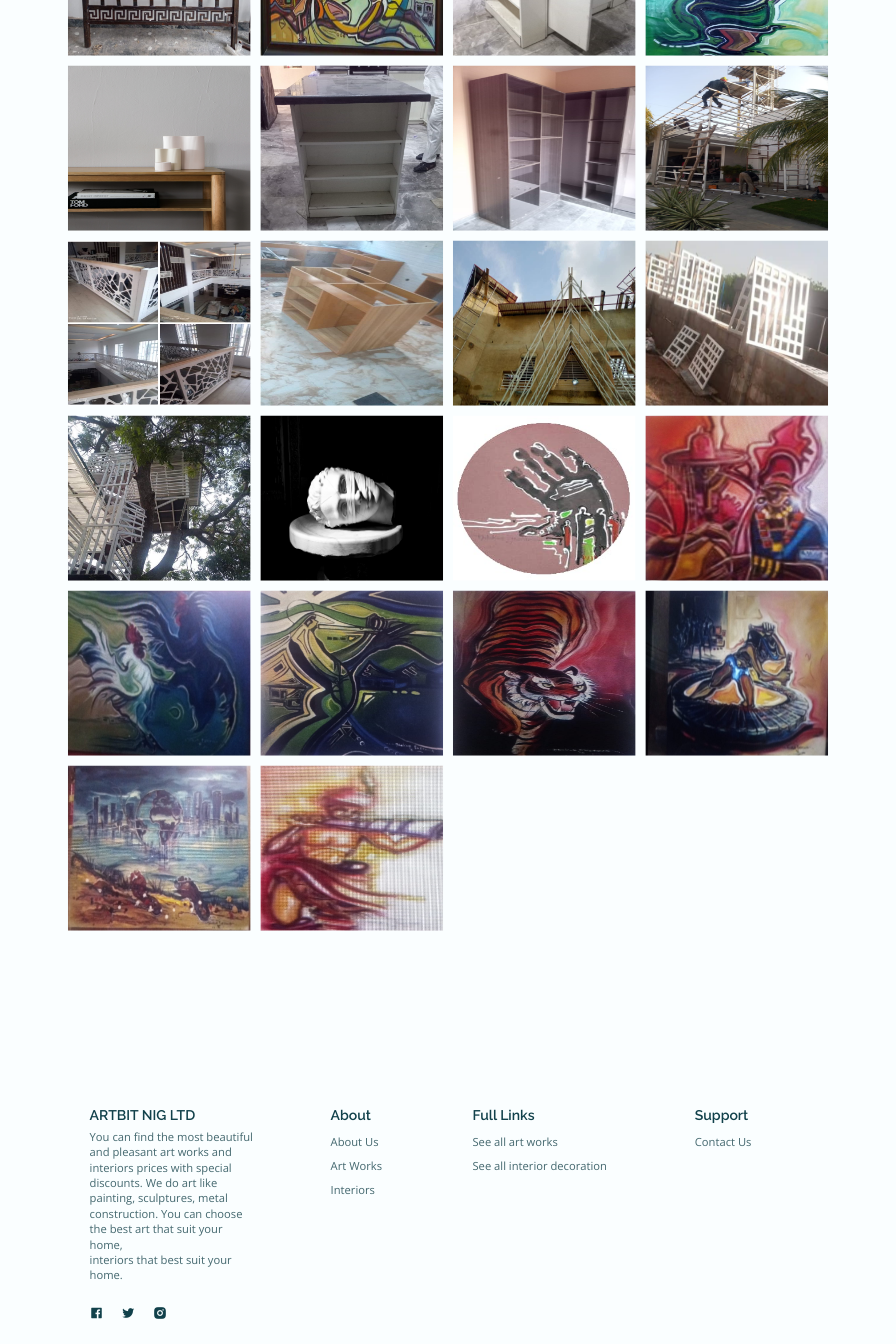
Repository: uche-hub/ARTBIT-WEB
Page: interiors.html
The author's editor kept a copy of each file at every save. The page is drawn from the files as they stood at one save, then again after the next save.
The browser window is 1280 px wide. The pictures show the part of the page from y = 1182 to 3102 px (the page is 3204 px tall), at 70% of full size.

Above is the page before, as saved 2021-11-17 15:39:34.
Console error: TypeError: Cannot read properties of null (reading 'classList')

After the next save:
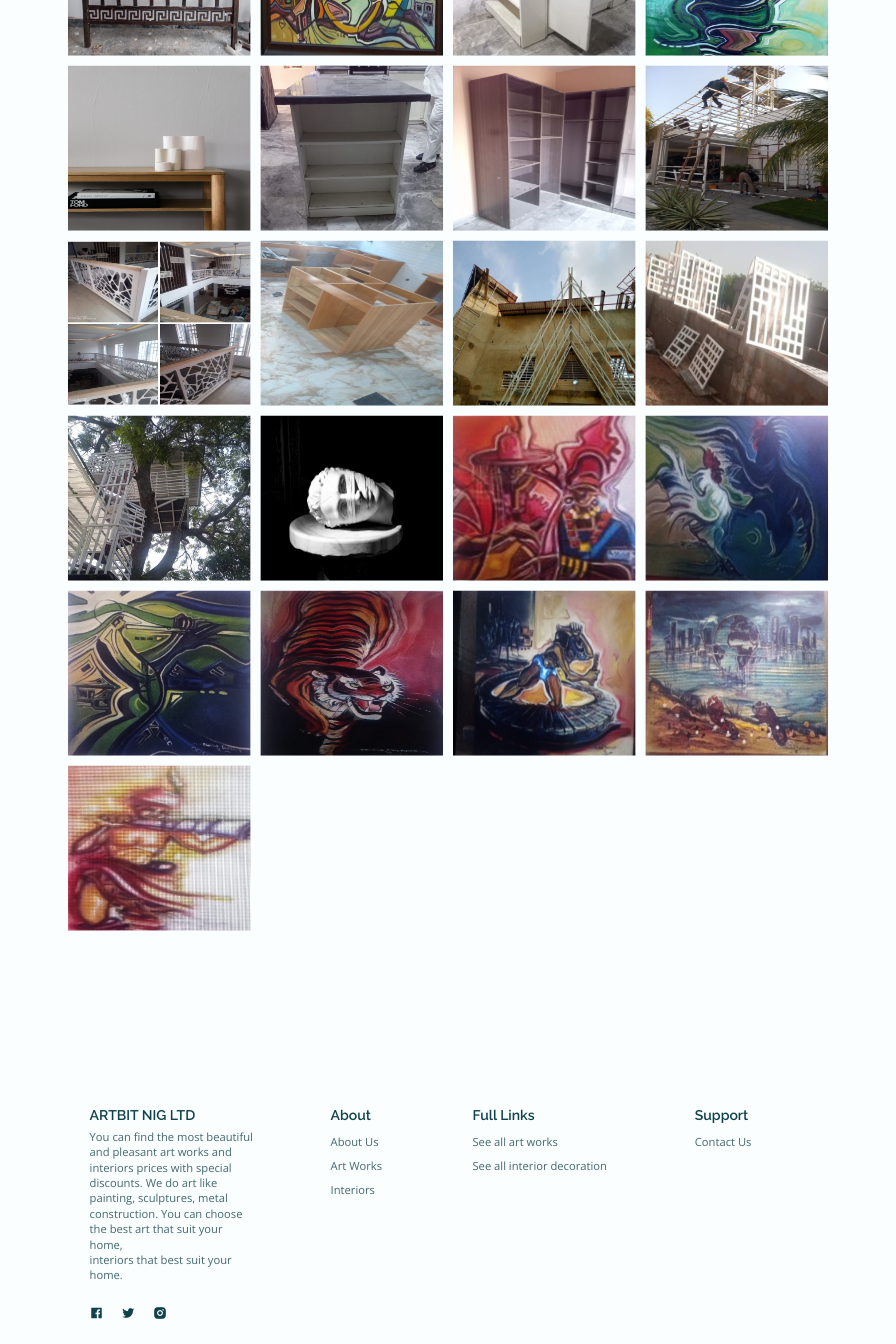
Saved 9 s later.
--- a/interiors.html
+++ b/interiors.html
@@ -162,9 +162,7 @@
 
 
 
-            <div class="image" data-name="sculptures">
-              <span><img src="/assets/img/a3.jpeg" alt="sculptures 1" /></span>
-            </div>
+
             <div class="image" data-name="painting">
               <span><img src="/assets/img/a4.jpeg" alt="painting 2" /></span>
             </div>
